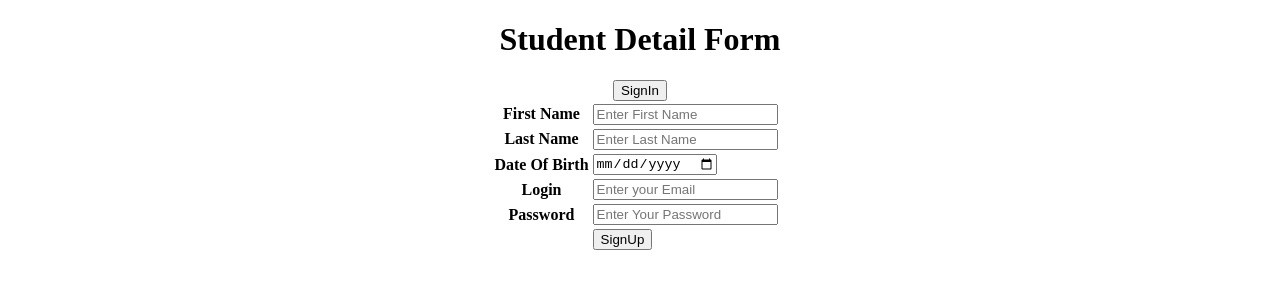
Repository: Abhi070717/Advance-Java
Page: http://localhost/jsp-servlet/UserForm.jsp
The author's editor kept a copy of each file at every save. The page is drawn from the files as they stood at one save, then again after the next save.
The browser window is 1280 px wide. The pictures show the whole page.
The page is served by Tomcat 9.

Above is the page before, as saved 2026-01-21 11:10:38.

After the next save:
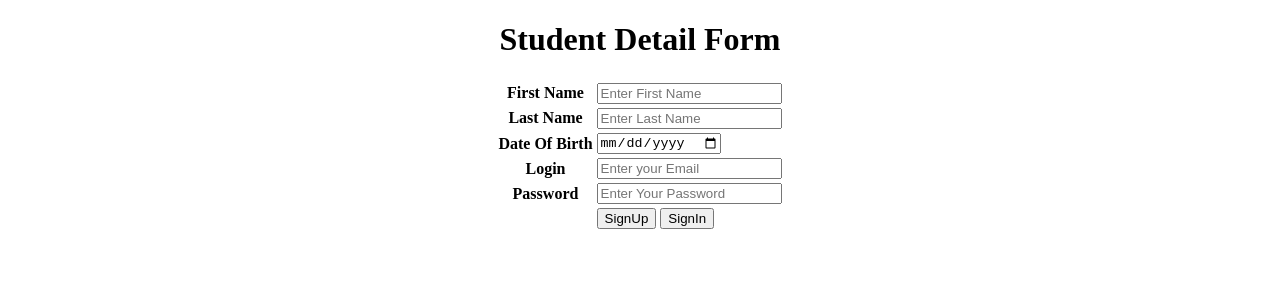
Saved 27 s later.
--- a/Jsp-servlet/jsp-servlet/WebContent/UserForm.jsp
+++ b/Jsp-servlet/jsp-servlet/WebContent/UserForm.jsp
@@ -38,7 +38,7 @@
 						placeholder="Enter Your Password"></td>
 				</tr>
 					<th></th>
-					<td><input type="Submit" name="operation" value="SignUp"><td></td> <input type="Submit" name="operation" value="SignIn"></td> <td></td>
+					<td><input type="Submit" name="operation" value="SignUp"> <input type="Submit" name="operation" value="SignIn"></td>
 				</tr>
 			</table>
 
